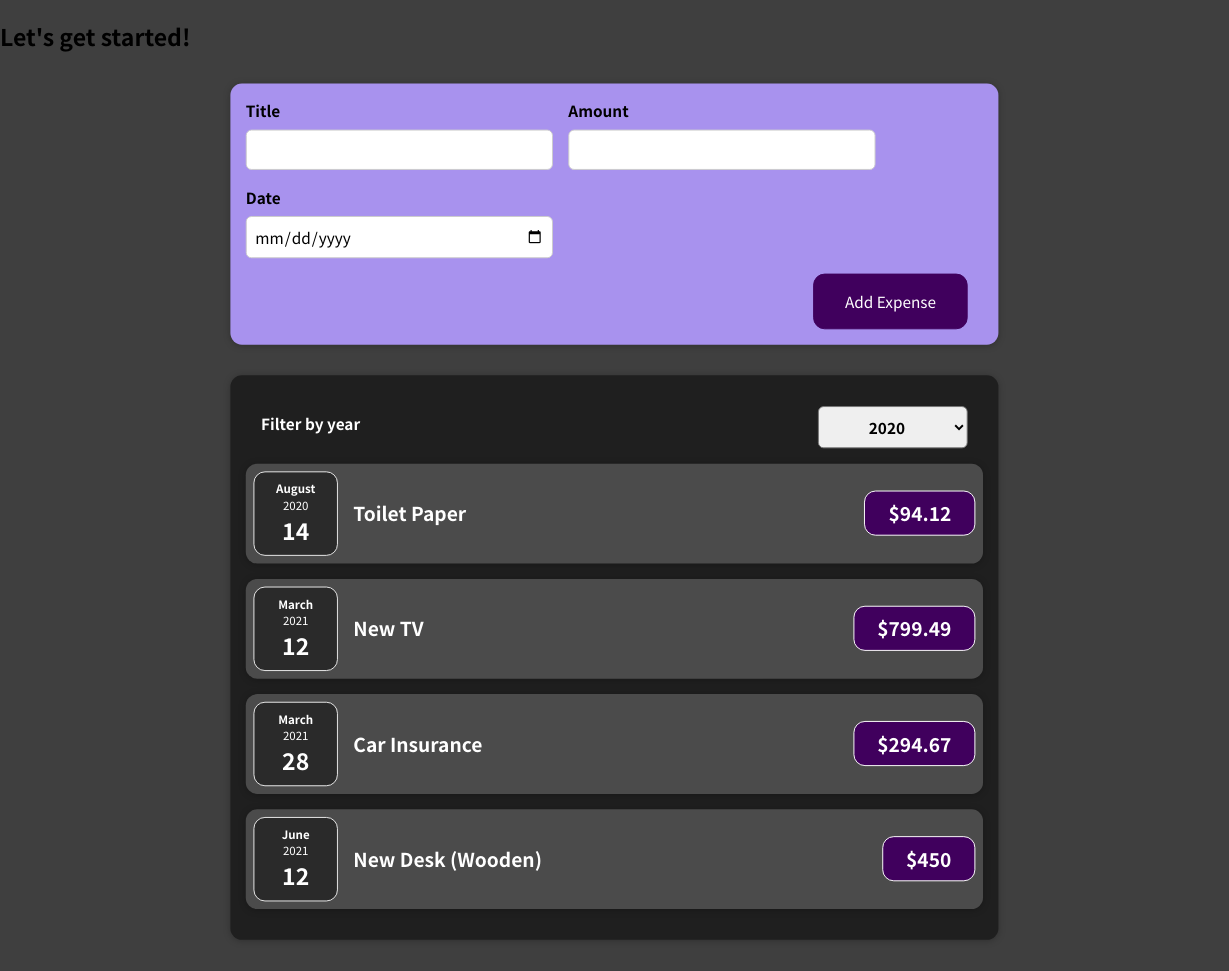
Repository: Dark-Developer93/react-complete-guide
Page: /
These files come from the project's save history. The page is drawn as it stood at one moment and after the next save; the edit follows.
The browser window is 1280 px wide. The pictures show the whole page, at 96% of full size.
The project was rebuilt for these pictures with package versions that can differ from the ones it lists, and the page was loaded fresh each time.

Above is the page before, as saved 2022-11-05 08:43:40.

### src/App.js
import React, { useState } from "react";
import Expenses from "./components/Expenses/Expenses";
import NewExpense from "./components/NewExpense/NewExpense";

const IntialExpenses = [
  {
    id: "e1",
    title: "Toilet Paper",
    amount: 94.12,
    date: new Date(2020, 7, 14),
  },
  {
    id: "e2",
    title: "New TV",
    amount: 799.49,
    date: new Date(2021, 2, 12),
  },
  {
    id: "e3",
    title: "Car Insurance",
    amount: 294.67,
    date: new Date(2021, 2, 28),
  },
  {
    id: "e4",
    title: "New Desk (Wooden)",
    amount: 450,
    date: new Date(2021, 5, 12),
  },
];

const App = () => {
  const [expenses, SetExpenses] = useState(IntialExpenses);

  const addExpenseHandler = (expense) => {
    SetExpenses((prevExpenses) => {
      return [expense, ...prevExpenses];
    });
  };

  return (
    <div>
      <h2>Let's get started!</h2>
      <NewExpense onAddExpnese={addExpenseHandler} />
      <Expenses items={expenses} />
    </div>
  );
};

export default App;

### src/components/Expenses/Expenses.js
import React, { useState } from "react";

import "./Expenses.css";
import ExpenseItem from "./ExpenseItem";
import Card from "../UI/Card";
import ExpensesFilter from "./ExpensesFilter";

const Expenses = (props) => {
  const [filteredYear, setFilteredYear] = useState("2020");
  const filterChangeHandler = (selectedYear) => {
    setFilteredYear(selectedYear);
    console.log(selectedYear);
  };
  const filteredExpense = props.items.filter((expense) => {});
  return (
    <Card className="expenses">
      <ExpensesFilter
        onChangeFilter={filterChangeHandler}
        selected={filteredYear}
      />
      {props.items.map((expense) => (
        <ExpenseItem
          key={expense.id}
          title={expense.title}
          amount={expense.amount}
          date={expense.date}
        />
      ))}
    </Card>
  );
};

export default Expenses;

### src/components/NewExpense/NewExpense.js
import React from "react";
import "./NewExpense.css";
import ExpenseForm from "./ExpenseForm";

const NewExpense = (props) => {
  const saveExpenseDataHandler = (enteredExpenseData) => {
    const expenseData = {
      ...enteredExpenseData,
      id: Math.random().toString(),
    };
    props.onAddExpnese(expenseData);
  };
  return (
    <div className="new-expense">
      <ExpenseForm onSaveExpenseDate={saveExpenseDataHandler} />
    </div>
  );
};

export default NewExpense;

### src/components/Expenses/ExpenseItem.js
import "./ExpenseItem.css";
import ExpenseDate from "./ExpenseDate";
import Card from "../UI/Card";

const ExpenseItem = (props) => {
  const { title, amount, date } = props;
  return (
    <Card className="expense-item">
      <ExpenseDate date={date} />
      <div className="expense-item__description">
        <h2>{title}</h2>
        <div className="expense-item__price">${amount}</div>
      </div>
    </Card>
  );
};

export default ExpenseItem;

### src/components/Expenses/ExpensesFilter.js
import React from "react";

import "./ExpensesFilter.css";

const ExpensesFilter = (props) => {
  const dropDownChangeHandler = (e) => {
    // console.log(e.target.value);
    props.onChangeFilter(e.target.value);
  };
  return (
    <div className="expenses-filter">
      <div className="expenses-filter__control">
        <label>Filter by year</label>
        <select onChange={dropDownChangeHandler} value={props.selected}>
          <option value="2022">2022</option>
          <option value="2021">2021</option>
          <option value="2020">2020</option>
          <option value="2019">2019</option>
        </select>
      </div>
    </div>
  );
};

export default ExpensesFilter;

### src/components/NewExpense/NewExpense.css
.new-expense {
  background-color: #a892ee;
  padding: 1rem;
  margin: 2rem auto;
  width: 50rem;
  max-width: 95%;
  border-radius: 12px;
  text-align: center;
  box-shadow: 0 1px 8px rgba(0, 0, 0, 0.25);
}

.new-expense button {
  font: inherit;
  cursor: pointer;
  padding: 1rem 2rem;
  border: 1px solid #40005d;
  background-color: #40005d;
  color: white;
  border-radius: 12px;
  margin-right: 1rem;
}

.new-expense button:hover,
.new-expense button:active {
  background-color: #510674;
  border-color: #510674;
}

.new-expense button.alternative {
  color: #220131;
  border-color: transparent;
  background-color: transparent;
}

.new-expense button.alternative:hover,
.new-expense button.alternative:active {
  background-color: #ddb3f8;
}

### src/components/NewExpense/ExpenseForm.js
import React, { useState } from "react";
import "./ExpenseForm.css";

const ExpenseForm = (props) => {
  const [enteredTitle, setEnteredTitle] = useState("");
  const [enteredAmount, setEnteredAmount] = useState("");
  const [enteredDate, setEnteredDate] = useState("");
  // const [userInput, setUserInput] = useState({
  //   enteredTitle: "",
  //   enteredAmount: "",
  //   enteredDate: "",
  // });
  const titleChangeHandler = (e) => {
    setEnteredTitle(e.target.value);
    // setUserInput((prevState) => {
    //   return { ...prevState, enteredTitle: e.target.value };
    // });
  };
  const amountChangeHandler = (e) => {
    setEnteredAmount(e.target.value);
    // setUserInput((prevState) => {
    //   return { ...prevState, enteredAmount: e.target.value };
    // });
  };
  const dateChangeHandler = (e) => {
    setEnteredDate(e.target.value);
    // setUserInput((prevState) => {
    //   return { ...prevState, enteredDate: e.target.value };
    // });
  };
  const submitHandler = (e) => {
    e.preventDefault();
    const enteredData = {
      title: enteredTitle,
      amount: enteredAmount,
      date: new Date(enteredDate),
    };
    props.onSaveExpenseDate(enteredData);
    setEnteredTitle("");
    setEnteredAmount("");
    setEnteredDate("");
  };
  return (
    <form onSubmit={submitHandler}>
      <div className="new-expense__controls">
        <div className="new-expense__control">
          <label>Title</label>
          <input
            type="text"
            onChange={titleChangeHandler}
            value={enteredTitle}
          />
        </div>
        <div className="new-expense__control">
          <label>Amount</label>
          <input
            type="number"
            min="0.01"
            step="0.01"
            onChange={amountChangeHandler}
            value={enteredAmount}
          />
        </div>
        <div className="new-expense__control">
          <label>Date</label>
          <input
            type="date"
            min="2019-01-01"
            max="2022-12-31"
            onChange={dateChangeHandler}
            value={enteredDate}
          />
        </div>
      </div>
      <div className="new-expense__actions">
        <button type="submit">Add Expense</button>
      </div>
    </form>
  );
};

export default ExpenseForm;

### src/components/Expenses/ExpenseItem.css
.expense-item {
  display: flex;
  justify-content: space-between;
  align-items: center;
  padding: 0.5rem;
  margin: 1rem 0;
  background-color: #4b4b4b;
}

.expense-item__description {
  display: flex;
  flex-direction: column;
  gap: 1rem;
  align-items: flex-end;
  flex-flow: column-reverse;
  justify-content: flex-start;
  flex: 1;
}

.expense-item h2 {
  color: #3a3a3a;
  font-size: 1rem;
  flex: 1;
  margin: 0 1rem;
  color: white;
}

.expense-item__price {
  font-size: 1rem;
  font-weight: bold;
  color: white;
  background-color: #40005d;
  border: 1px solid white;
  padding: 0.5rem;
  border-radius: 12px;
}

@media (min-width: 580px) {
  .expense-item__description {
    flex-direction: row;
    align-items: center;
    justify-content: flex-start;
    flex: 1;
  }

  .expense-item__description h2 {
    font-size: 1.25rem;
  }

  .expense-item__price {
    font-size: 1.25rem;
    padding: 0.5rem 1.5rem;
  }
}

### src/components/Expenses/ExpenseDate.js
import "./ExpenseDate.css";
const ExpenseDate = (props) => {
  const month = props.date.toLocaleDateString("en-US", { month: "long" });
  const year = props.date.toLocaleDateString("en-US", { year: "numeric" });
  const day = props.date.toLocaleDateString("en-US", { day: "numeric" });
  return (
    <div className="expense-date">
      <div className="expense-date__month">{month}</div>
      <div className="expense-date__year">{year}</div>
      <div className="expense-date__day">{day}</div>
    </div>
  );
};

export default ExpenseDate;

Loaded but not shown: public/index.html (common file); src/index.js (common file); src/index.css (common file); src/components/Expenses/Expenses.css (common file); src/components/UI/Card.js (common file); src/components/UI/Card.css (common file); src/components/Expenses/ExpensesFilter.css (common file); src/components/NewExpense/ExpenseForm.css (common file); src/components/Expenses/ExpenseDate.css (common file)

After the next save:
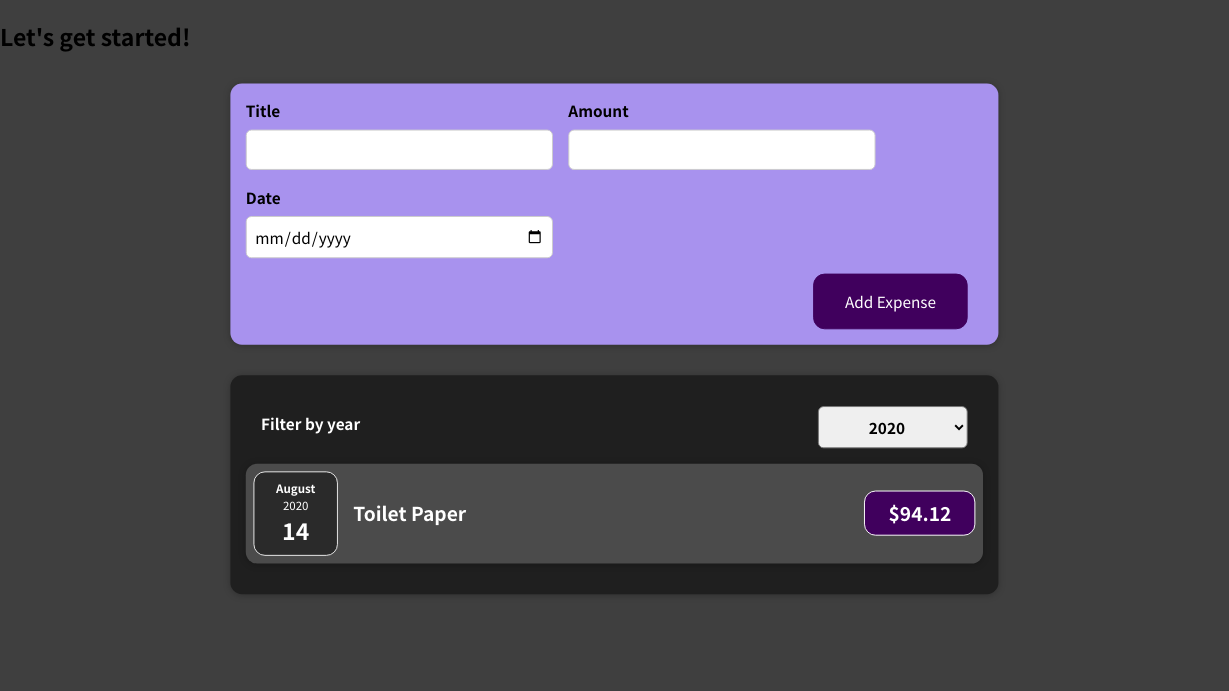
Saved 2 min 13 s later.
--- a/src/components/Expenses/Expenses.js
+++ b/src/components/Expenses/Expenses.js
@@ -11,14 +11,16 @@ const Expenses = (props) => {
     setFilteredYear(selectedYear);
     console.log(selectedYear);
   };
-  const filteredExpense = props.items.filter((expense) => {});
+  const filteredExpense = props.items.filter((expense) => {
+    return expense.date.getFullYear().toString() === filteredYear;
+  });
   return (
     <Card className="expenses">
       <ExpensesFilter
         onChangeFilter={filterChangeHandler}
         selected={filteredYear}
       />
-      {props.items.map((expense) => (
+      {filteredExpense.map((expense) => (
         <ExpenseItem
           key={expense.id}
           title={expense.title}
